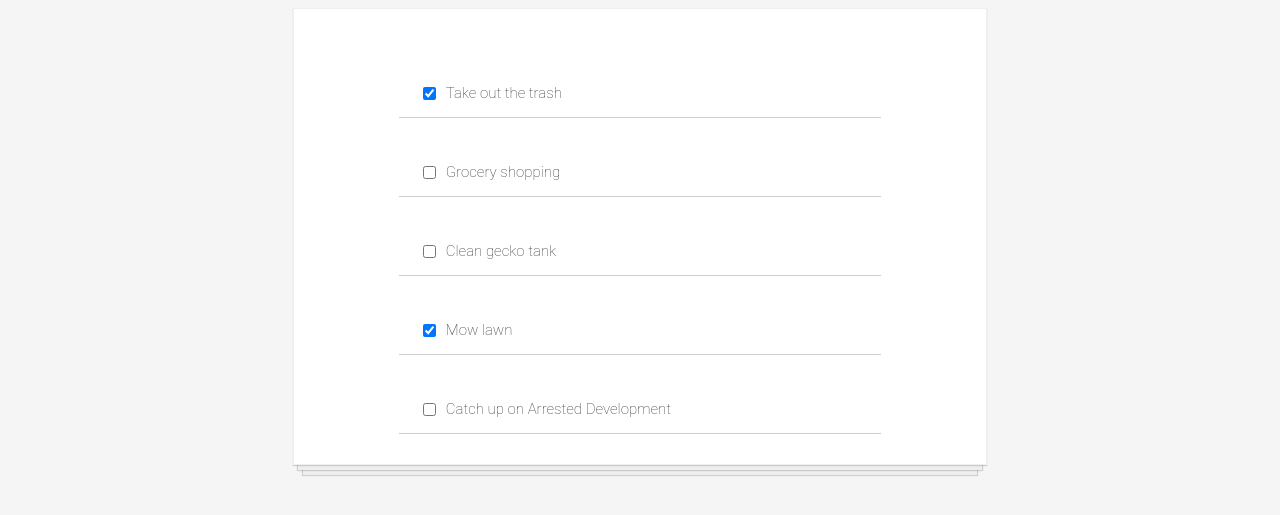
Repository: Bartolomeuss/ReactToDoAPP
Page: / (app in scrimba-to-do-app/)
The author's editor kept a copy of each file at every save. The page is drawn from the files as they stood at one save, then again after the next save.
The browser window is 1280 px wide. The pictures show the whole page.
The project was rebuilt for these pictures with package versions that can differ from the ones it lists, and the page was loaded fresh each time.

Above is the page before, as saved 2021-05-18 11:38:47.

After the next save:
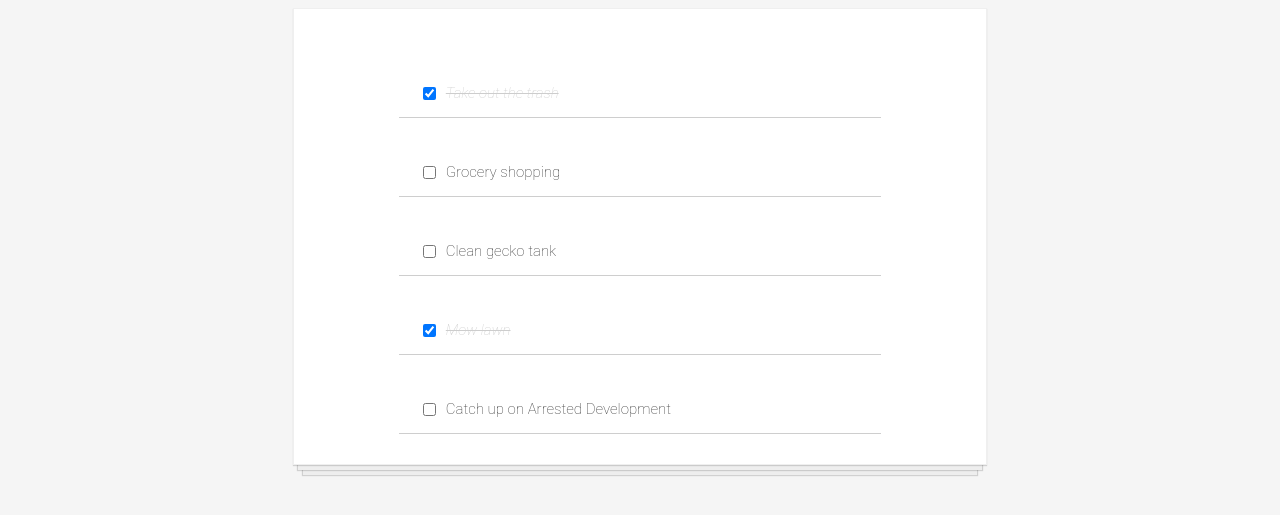
Saved 31 h 8 min later.
--- a/scrimba-to-do-app/src/TodoItem.js
+++ b/scrimba-to-do-app/src/TodoItem.js
@@ -1,6 +1,12 @@
 import React from "react"
 
 function TodoItem(props) {
+    const completedStyle = {
+        fontStyle: 'italic',
+        color: "#cdcdcd",
+        textDecoration: "line-through"
+    }
+
     return (
         <div className="todo-item">
             <input
@@ -8,7 +14,7 @@ function TodoItem(props) {
                 checked={props.item.completed}
                 onChange={() => props.handleChange(props.item.id) }
             />
-            <p>{props.item.text}</p>
+            <p style={props.item.completed ? completedStyle : null}>{props.item.text}</p>
         </div>
     )
 }
